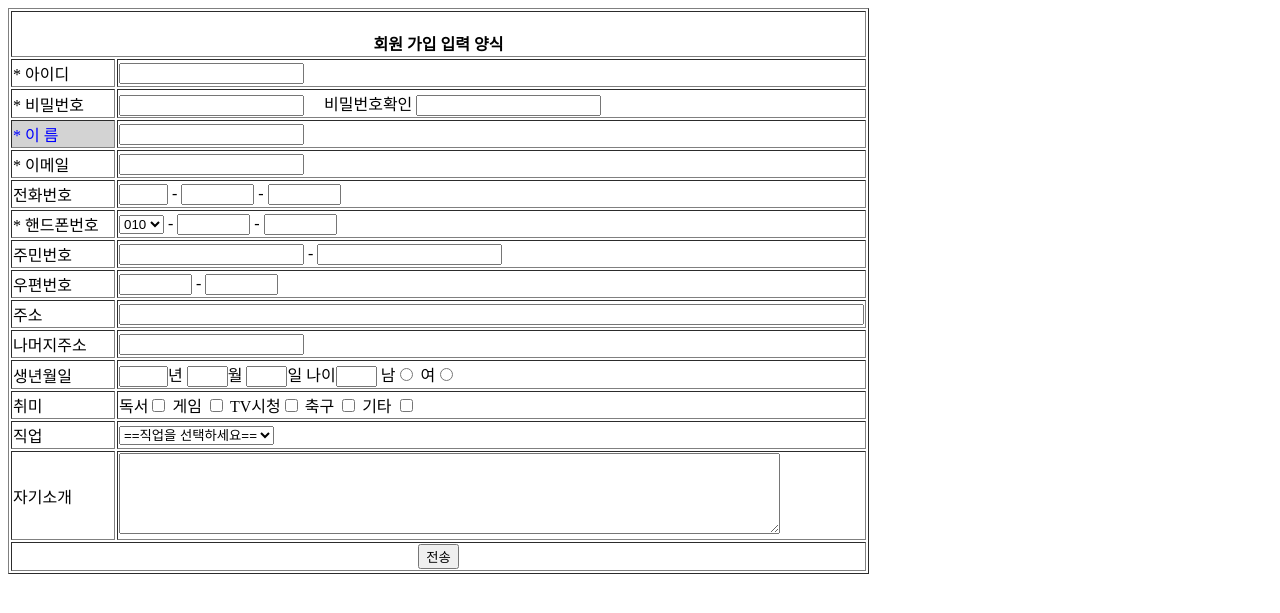
Repository: vkfkstptkd1/WebProgramming
Page: ch3_FormTag/WebContent/In_Form.html
These files come from the project's save history. The page is drawn as it stood at one moment and after the next save; the edit follows.
The browser window is 1280 px wide. The pictures show the whole page.

Above is the page before, as saved 2021-03-20 08:43:49.

After the next save:
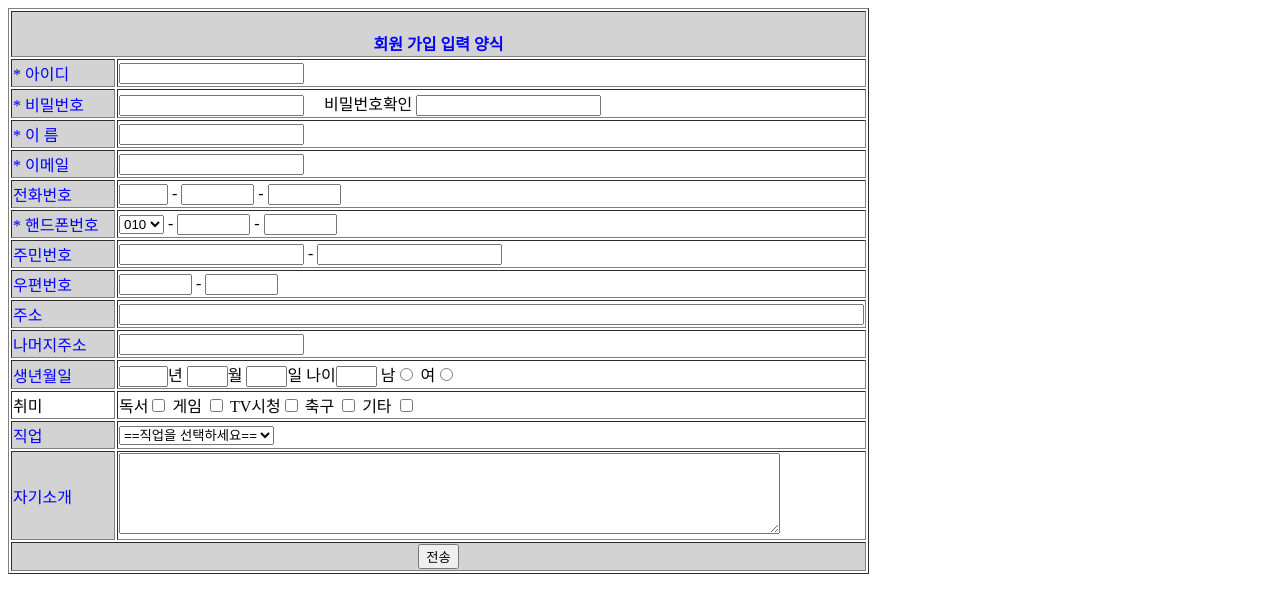
Saved 2 min 14 s later.
--- a/ch3_FormTag/WebContent/In_Form.html
+++ b/ch3_FormTag/WebContent/In_Form.html
@@ -10,21 +10,21 @@
 <body>
 <form action= "In_Form_ok.jsp" method="post">
 	<table border="1">
-	<tr><th colspan=2><br>회원 가입 입력 양식</th></tr><!--표제목  -->
-	<tr><td width= "100"> * 아이디</td>
+	<tr><th class="style0" colspan=2><br>회원 가입 입력 양식</th></tr><!--표제목  -->
+	<tr><td class="style0" width= "100"> * 아이디</td>
 		<td width="500"> <input type="text" name="id"></td>
 	</tr>
-	<tr><td> * 비밀번호</td>
+	<tr><td class="style0"> * 비밀번호</td>
 		<td> <input type="text" name="pwd"> &nbsp;&nbsp;&nbsp;&nbsp;비밀번호확인 <input type="text" name="pwdok">
 		</td>
 	</tr>
 	<tr><td class="style0"> * 이 름</td>
 		<td> <input type="text" name="name"></td>
 	</tr>
-	<tr><td> * 이메일</td>
+	<tr><td class="style0"> * 이메일</td>
 		<td> <input type="text" name="email"></td>
 	</tr>
-	<tr><td> 전화번호</td>
+	<tr><td class="style0"> 전화번호</td>
 		<td><input type="text" name="homenumber" size=3>
 			-
 			<input type="text" name="homenumber" size=6>
@@ -32,7 +32,7 @@
 			<input type="text" name="homenumber" size=6>
 		</td>
 	</tr>
-	<tr><td> * 핸드폰번호</td>
+	<tr><td class="style0"> * 핸드폰번호</td>
 		<td>
 		<SELECT NAME="phonenumber1">
 		<OPTION VALUE="010">010</OPTION>
@@ -45,24 +45,24 @@
 		<input type="text" name="phonenumber3" size=6>
 		</td>
 	</tr>
-	<tr><td> 주민번호</td>
+	<tr><td class="style0"> 주민번호</td>
 		<td> <input type="text" name="ssn1">
 			 -
 			 <input type="text" name="ssn2">
 		</td>
 	</tr>
-	<tr><td> 우편번호</td>
+	<tr><td class="style0"> 우편번호</td>
 		<td> <input type="text" name="pn1" size=6>
 			 -
 			 <input type="text" name="pn2" size=6></td>
 	</tr>
-	<tr><td> 주소</td>
+	<tr><td class="style0"> 주소</td>
 		<td> <input type="text" name="ad" size=90 ></td>
 	</tr>
-	<tr><td> 나머지주소</td>
+	<tr><td class="style0"> 나머지주소</td>
 		<td> <input type="text" name="remainderad"></td>
 	</tr>
-	<tr><td> 생년월일</td>
+	<tr><td class="style0"> 생년월일</td>
 		<td> <input type="text" name="year" size=3>년
 			 <input type="text" name="month" size=2>월
 			 <input type="text" name="day" size=2>일
@@ -71,7 +71,7 @@
 			 여<input type="radio" name="gender" value="여">
 		</td>
 	</tr>
-	<tr><td> 취미</td>
+	<tr><td > 취미</td>
 		<td> 독서<input type="checkbox" name="hobby" value="독서">
 			 게임	<input type="checkbox" name="hobby" value="게임">
 		   TV시청<input type="checkbox" name="hobby" value="TV시청">
@@ -79,7 +79,7 @@
 			 기타	<input type="checkbox" name="hobby" value="기타">
 		</td>
 	</tr>
-	<tr><td > 직업</td>
+	<tr><td class="style0"> 직업</td>
 		<td >
 		<SELECT NAME="job">
          <OPTION VALUE="">==직업을 선택하세요==</OPTION>
@@ -90,11 +90,11 @@
 	    </SELECT>
 	    </td>
 	</tr>
-	<tr><td > 자기소개</td>
+	<tr><td class="style0"> 자기소개</td>
 		<td > <textarea name="intro" rows=5 cols=80 ></textarea></td>
 	</tr>
 	<tr>
-		<td colspan="2"><center><input type="submit" value="전송" ></center></td>
+		<td class="style0" colspan="2"><center><input type="submit" value="전송" ></center></td>
 	</tr>
 	</table>
 </form>
